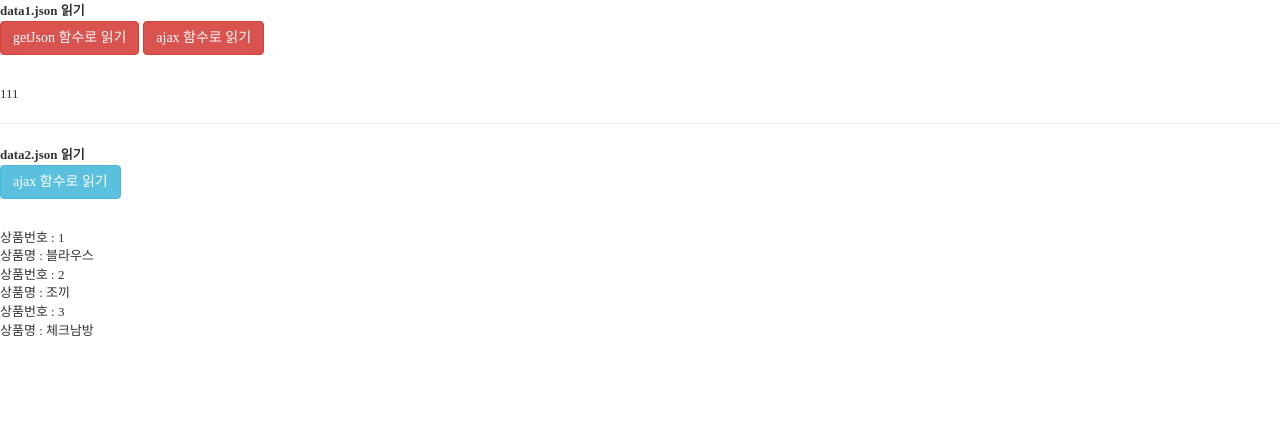
Repository: Juheekim1207/Javawork
Page: WebProjectEx1/src/main/webapp/day0419/Ex1ReadJson.html
The author's editor kept a copy of each file at every save. The page is drawn from the files as they stood at one save, then again after the next save.
The browser window is 1280 px wide. The pictures show the whole page.
After loading, the first visible `#btn3` was clicked once.
Some web fonts or font styles are not loaded; a fallback is used.

Above is the page before, as saved 2022-04-19 05:12:12.

After the next save:
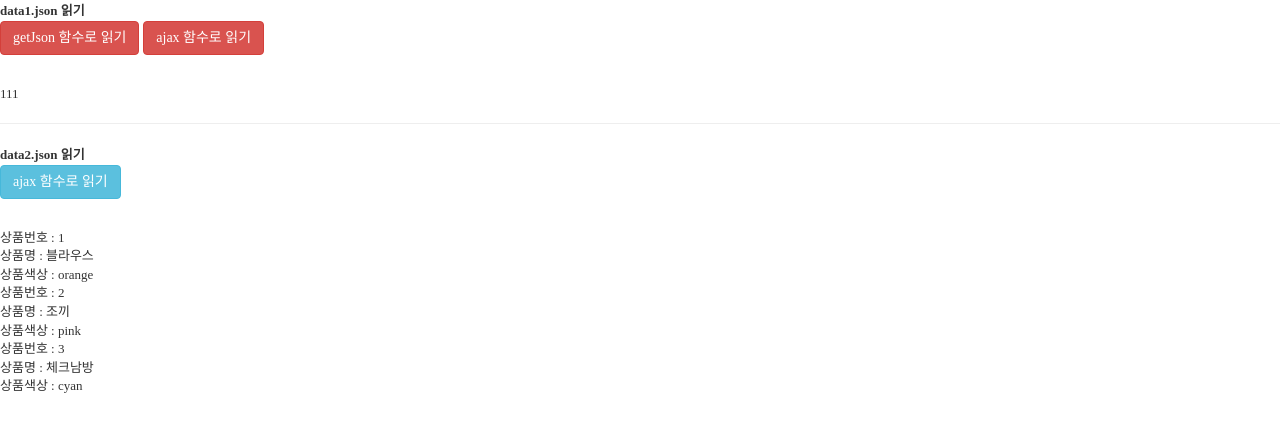
Saved 20 s later.
--- a/WebProjectEx1/src/main/webapp/day0419/Ex1ReadJson.html
+++ b/WebProjectEx1/src/main/webapp/day0419/Ex1ReadJson.html
@@ -48,6 +48,7 @@
 						s += "<div class='shop'>";
 						s += "상품번호 : " + (i+1) + "<br>";
 						s += "상품명 : " + elt.sangpum + "<br>";
+						s += "상품색상 : " + elt.color + "<br>";
 						s += "</div>";
 
 						$("#out2").html(s);
